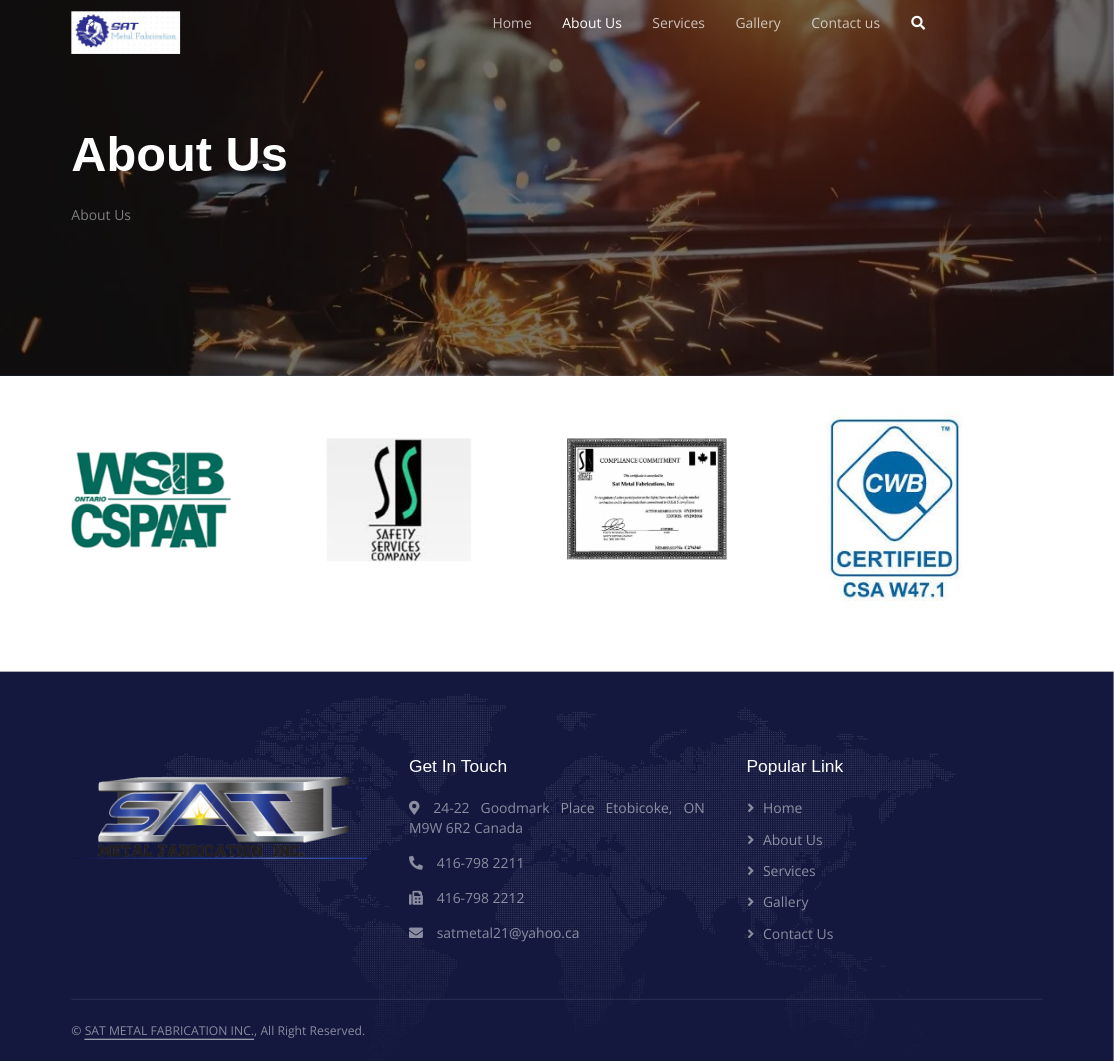
Repository: dzyte-services/satmetal
Page: http://localhost/about.php
An editor plug-in stored every save of this project. The page is shown before and after the next save, followed by the edit.
The browser window is 1280 px wide. The pictures show the whole page, at 87% of full size.
Some web fonts or font styles are not loaded; a fallback is used. Some web libraries are served in a nearby version. The page is run by PHP 8.4 with error messages shown; the project is at /var/www/html/.

Above is the page before, as saved 2023-11-08 17:43:43.

### about.php
<!DOCTYPE html>
<html lang="en">

<head>
    <meta charset="utf-8">
    <title>SAT - About</title>
    <meta content="width=device-width, initial-scale=1.0" name="viewport">
    <meta content="" name="keywords">
    <meta content="" name="description">

    <!-- Favicon -->
    <link href="img/favicon.ico" rel="icon">

    <!-- Google Web Fonts -->
    <link rel="preconnect" href="https://fonts.googleapis.com">
    <link rel="preconnect" href="https://fonts.gstatic.com" crossorigin>
    <link href="https://fonts.googleapis.com/css2?family=Open+Sans:wght@400;600&family=Ubuntu:wght@500;700&display=swap"
        rel="stylesheet">

    <!-- Icon Font Stylesheet -->
    <link href="https://cdnjs.cloudflare.com/ajax/libs/font-awesome/5.10.0/css/all.min.css" rel="stylesheet">
    <link href="https://cdn.jsdelivr.net/npm/bootstrap-icons@1.4.1/font/bootstrap-icons.css" rel="stylesheet">

    <!-- Libraries Stylesheet -->
    <link href="lib/animate/animate.min.css" rel="stylesheet">
    <link href="lib/owlcarousel/assets/owl.carousel.min.css" rel="stylesheet">

    <!-- Customized Bootstrap Stylesheet -->
    <link href="css/bootstrap.min.css" rel="stylesheet">

    <!-- Template Stylesheet -->
    <link href="css/style.css" rel="stylesheet">
</head>

<body>
    <!-- Spinner Start -->
    <!-- <div id="spinner"
        class="show bg-white position-fixed translate-middle w-100 vh-100 top-50 start-50 d-flex align-items-center justify-content-center">
        <div class="spinner-grow text-primary" style="width: 3rem; height: 3rem;" role="status">
            <span class="sr-only">Loading...</span>
        </div>
    </div> -->
    <!-- Spinner End -->


    <!-- Navbar Start -->
    <?php
        include "header.php";
    ?>
    <!-- Navbar End -->





    <!-- Full Screen Search Start -->
    <div class="modal fade" id="searchModal" tabindex="-1">
        <div class="modal-dialog modal-fullscreen">
            <div class="modal-content" style="background: rgba(20, 24, 62, 0.7);">
                <div class="modal-header border-0">
                    <button type="button" class="btn btn-square bg-white btn-close" data-bs-dismiss="modal"
                        aria-label="Close"></button>
                </div>
                <div class="modal-body d-flex align-items-center justify-content-center">
                    <div class="input-group" style="max-width: 600px;">
                        <input type="text" class="form-control bg-transparent border-light p-3"
                            placeholder="Type search keyword">
                        <button class="btn btn-light px-4"><i class="bi bi-search"></i></button>
                    </div>
                </div>
            </div>
        </div>
    </div>
    <!-- Full Screen Search End -->


    <!-- About Start -->
    <!-- Modal gallery -->
    <!-- Section: Images -->
    <div class="container-fluid py-5">
        <div class="container">
        <div class="row mt-4">
    <div class="col-lg-3 col-md-4 col-sm-6 mb-4">
        <div class="bg-image hover-overlay ripple shadow-1-strong rounded" data-ripple-color="light">
            <img src="img/img2.png" class="" style="width: 70%;" />
            <a href="#!" data-mdb-toggle="modal" data-mdb-target="#exampleModal2">
                <div class="mask" style="background-color: rgba(251, 251, 251, 0.2);"></div>
            </a>
        </div>
    </div>

    <div class="col-lg-3 col-md-4 col-sm-6 mb-4">
        <div class="bg-image hover-overlay ripple shadow-1-strong rounded" data-ripple-color="light">
            <img src="img/img3.png" class="" style="width: 70%;" />
            <a href="#!" data-mdb-toggle="modal" data-mdb-target="#exampleModal2">
                <div class="mask" style="background-color: rgba(251, 251, 251, 0.2);"></div>
            </a>
        </div>
    </div>

    <div class="col-lg-3 col-md-4 col-sm-6 mb-4">
        <div class="bg-image hover-overlay ripple shadow-1-strong rounded" data-ripple-color="light">
            <img src="img/img1.png" class="" style="width: 70%;" />
            <a href="#!" data-mdb-toggle="modal" data-mdb-target="#exampleModal2">
                <div class="mask" style="background-color: rgba(251, 251, 251, 0.2);"></div>
            </a>
        </div>
    </div>

    <div class="col-lg-3 col-md-4 col-sm-6 mb-4">
        <div class="bg-image hover-overlay ripple shadow-1-strong rounded" data-ripple-color="light">
            <img src="img/img4.jpeg" class="" style="width: 70%; margin-top: -35px;" />
            <a href="#!" data-mdb-toggle="modal" data-mdb-target="#exampleModal2">
                <div class="mask" style="background-color: rgba(251, 251, 251, 0.2);"></div>
            </a>
        </div>
    </div>
</div>


        </div>
    </div>


    <!-- Footer Start -->
    <?php
        include "footer.php";
    ?>
    <!-- Footer End -->


    <!-- Back to Top -->
    <a href="#" class="btn btn-lg btn-primary btn-lg-square back-to-top pt-2"><i class="bi bi-arrow-up"></i></a>


    <!-- JavaScript Libraries -->
    <script src="https://ajax.googleapis.com/ajax/libs/jquery/3.6.1/jquery.min.js"></script>
    <script src="https://cdn.jsdelivr.net/npm/bootstrap@5.0.0/dist/js/bootstrap.bundle.min.js"></script>
    <script src="lib/wow/wow.min.js"></script>
    <script src="lib/easing/easing.min.js"></script>
    <script src="lib/waypoints/waypoints.min.js"></script>
    <script src="lib/counterup/counterup.min.js"></script>
    <script src="lib/owlcarousel/owl.carousel.min.js"></script>

    <!-- Template Javascript -->
    <script src="js/main.js"></script>
</body>

</html>

### header.php
    <?php
        $currentPage1 = basename($_SERVER['PHP_SELF']);
    ?>
    <!-- Spinner Start -->
    <div id="spinner"
        class="show bg-white position-fixed translate-middle w-100 vh-100 top-50 start-50 d-flex align-items-center justify-content-center">
        <div class="spinner-grow text-primary" style="width: 3rem; height: 3rem;" role="status">
            <span class="sr-only">Loading...</span>
        </div>
    </div>
    <!-- Spinner End -->


    <!-- Navbar Start -->
    <div class="container-fluid sticky-top">
        <div class="container">
            <nav class="navbar navbar-expand-lg navbar-dark p-0">
                <div class="row">
                    <div class="col-lg-4">
                        <a href="index.php" class="navbar-brand">
                            <img class="img-fluid" width="40%" height="40%" src="img/logo1.jpeg" alt="">
                        </a>
                        <button type="button" class="navbar-toggler ms-auto me-0" data-bs-toggle="collapse"
                            data-bs-target="#navbarCollapse">
                            <span class="navbar-toggler-icon"></span>
                        </button>
                    </div>
                    <div class="col-lg-8 ">
                    <div class="collapse navbar-collapse" id="navbarCollapse">
                    <div class="navbar-nav ms-auto">
                        <a href="index.php" class="nav-item nav-link  <?php echo ($currentPage1 === 'index.php') ? 'active' : ''; ?>">Home</a>
                        <a href="about.php" class="nav-item nav-link <?php echo ($currentPage1 === 'about.php') ? 'active' : ''; ?>">About Us</a>
                        <a href="service.php" class="nav-item nav-link <?php echo ($currentPage1 === 'service.php') ? 'active' : ''; ?>">Services</a>
                        <a href="project.php" class="nav-item nav-link <?php echo ($currentPage1 === 'project.php') ? 'active' : ''; ?>">Gallery</a>

                        <a href="contact.php" class="nav-item nav-link <?php echo ($currentPage1 === 'contact.php') ? 'active' : ''; ?>">Contact us</a>
                    </div>
                    <butaton type="button" class="btn text-white p-0 d-none d-lg-block" data-bs-toggle="modal"
                        data-bs-target="#searchModal"><i class="fa fa-search"></i></butaton>
                </div>
                    </div>
                </div>


            </nav>
        </div>
    </div>
    <!-- Navbar End -->

    <div>
          <?php
                $currentPage = $_SERVER['SCRIPT_NAME'];
                $current_page = basename($currentPage);

                if ($current_page === "index.php") {
                    include("header/home.php");
                } elseif ($current_page === "about.php") {
                    include("header/about.php");
                } elseif ($current_page === "service.php") {
                    include("header/service.php");
                } elseif ($current_page === "project.php") {
                    include("header/gallery.php");
                } elseif ($current_page === "contact.php") {
                    include("header/contact.php");
                }



            ?>
    </div>

### header/about.php
<!-- Hero Start -->
<div class="container-fluid pt-5 bg-primary hero-header">
        <div class="container pt-5">
            <div class="row g-5 pt-5">
                <div class="col-lg-6 align-self-center text-center text-lg-start mb-lg-5">
                    <h1 class="display-4 text-white mb-4 animated slideInRight">About Us</h1>
                    <nav aria-label="breadcrumb">
                        <ol class="breadcrumb justify-content-center justify-content-lg-start mb-0">
                            <!-- <li class="breadcrumb-item"><a class="text-white" href="#">Home</a></li> -->
                            <!-- <li class="breadcrumb-item"><a class="text-white" href="#">Pages</a></li> -->
                            <li class="breadcrumb-item text-white active" aria-current="page">About Us</li>
                        </ol>
                    </nav>
                </div>
            </div>
        </div>
    </div>
    <!-- Hero End -->

### footer.php
    <!-- Footer Start -->
    <div class="container-fluid bg-dark text-white-50 footer pt-5">
        <div class="container py-5">
            <div class="row g-5">
                <div class="col-md-6 col-lg-4 wow fadeIn" data-wow-delay="0.1s">
                    <a href="index.php" class="d-inline-block mb-3">
                    <img class="img-fluid" width="100%" src="img/SAT_Logo.png" alt="">
                    </a>
                    <!-- <p class="mb-0">Tempor erat elitr rebum at clita. Diam dolor diam ipsum et tempor sit. Aliqu diam
                        amet diam et eos labore. Clita erat ipsum et lorem et sit, sed stet no labore lorem sit. Sanctus
                        clita duo justo et tempor</p> -->
                </div>
                <div class="col-md-6 col-lg-4 wow fadeIn" data-wow-delay="0.3s">
                    <h5 class="text-white mb-4">Get In Touch</h5>
                    <p><i class="fa fa-map-marker-alt me-3"></i>24-22 Goodmark Place Etobicoke, ON M9W 6R2 Canada</p>
                    <p><i class="fa fa-phone-alt me-3"></i>416-798 2211</p>
                    <p><i class="fa fa-fax me-3"></i>416-798 2212</p>
                    <p><i class="fa fa-envelope me-3"></i>satmetal21@yahoo.ca</p>
                    <!-- <div class="d-flex pt-2">
                        <a class="btn btn-outline-light btn-social" href=""><i class="fab fa-twitter"></i></a>
                        <a class="btn btn-outline-light btn-social" href=""><i class="fab fa-facebook-f"></i></a>
                        <a class="btn btn-outline-light btn-social" href=""><i class="fab fa-youtube"></i></a>
                        <a class="btn btn-outline-light btn-social" href=""><i class="fab fa-instagram"></i></a>
                        <a class="btn btn-outline-light btn-social" href=""><i class="fab fa-linkedin-in"></i></a>
                    </div> -->
                </div>
                <div class="col-md-6 col-lg-4 wow fadeIn" data-wow-delay="0.5s">
                    <h5 class="text-white mb-4">Popular Link</h5>
                    <a class="btn btn-link" href="index.php">Home</a>
                    <a class="btn btn-link" href="about.php">About Us</a>
                    <a class="btn btn-link" href="service.php">Services</a>
                    <a class="btn btn-link" href="project.php">Gallery</a>
                    <a class="btn btn-link" href="contact.php">Contact Us</a>
                </div>
                <!-- <div class="col-md-6 col-lg-3 wow fadeIn" data-wow-delay="0.7s">
                    <h5 class="text-white mb-4">Our Services</h5>
                    <a class="btn btn-link" href="">Robotic Automation</a>
                    <a class="btn btn-link" href="">Machine learning</a>
                    <a class="btn btn-link" href="">Predictive Analysis</a>
                    <a class="btn btn-link" href="">Data Science</a>
                    <a class="btn btn-link" href="">Robot Technology</a>
                </div> -->
            </div>
        </div>
        <div class="container wow fadeIn" data-wow-delay="0.1s">
            <div class="copyright">
                <div class="row">
                    <div class="col-md-6 text-center text-md-start mb-3 mb-md-0">
                        &copy; <a class="border-bottom" href="#">SAT METAL FABRICATION INC.</a>, All Right Reserved.

                        <!--/*** This template is free as long as you keep the footer author’s credit link/attribution link/backlink. If you'd like to use the template without the footer author’s credit link/attribution link/backlink, you can purchase the Credit Removal License from "https://htmlcodex.com/credit-removal". Thank you for your support. ***/-->
                        <!-- Designed By <a class="border-bottom" href="https://htmlcodex.com">HTML Codex</a> Distributed By <a class="border-bottom" href="https://themewagon.com">ThemeWagon</a> -->
                    </div>
                    <!-- <div class="col-md-6 text-center text-md-end">
                        <div class="footer-menu">
                            <a href="">Home</a>
                            <a href="">Cookies</a>
                            <a href="">Help</a>
                            <a href="">FAQs</a>
                        </div>
                    </div> -->
                </div>
            </div>
        </div>
    </div>
    <!-- Footer End -->


    <!-- Back to Top -->
    <a href="#" class="btn btn-lg btn-primary btn-lg-square back-to-top pt-2"><i class="bi bi-arrow-up"></i></a>

Loaded but not shown: lib/animate/animate.min.css (library); lib/owlcarousel/assets/owl.carousel.min.css (common file); css/bootstrap.min.css (library); lib/wow/wow.min.js (library); lib/easing/easing.min.js (common file); lib/waypoints/waypoints.min.js (library); lib/counterup/counterup.min.js (common file); lib/owlcarousel/owl.carousel.min.js (library); js/main.js (64 lines, source omitted); css/style.css (555 lines, source omitted)

After the next save:
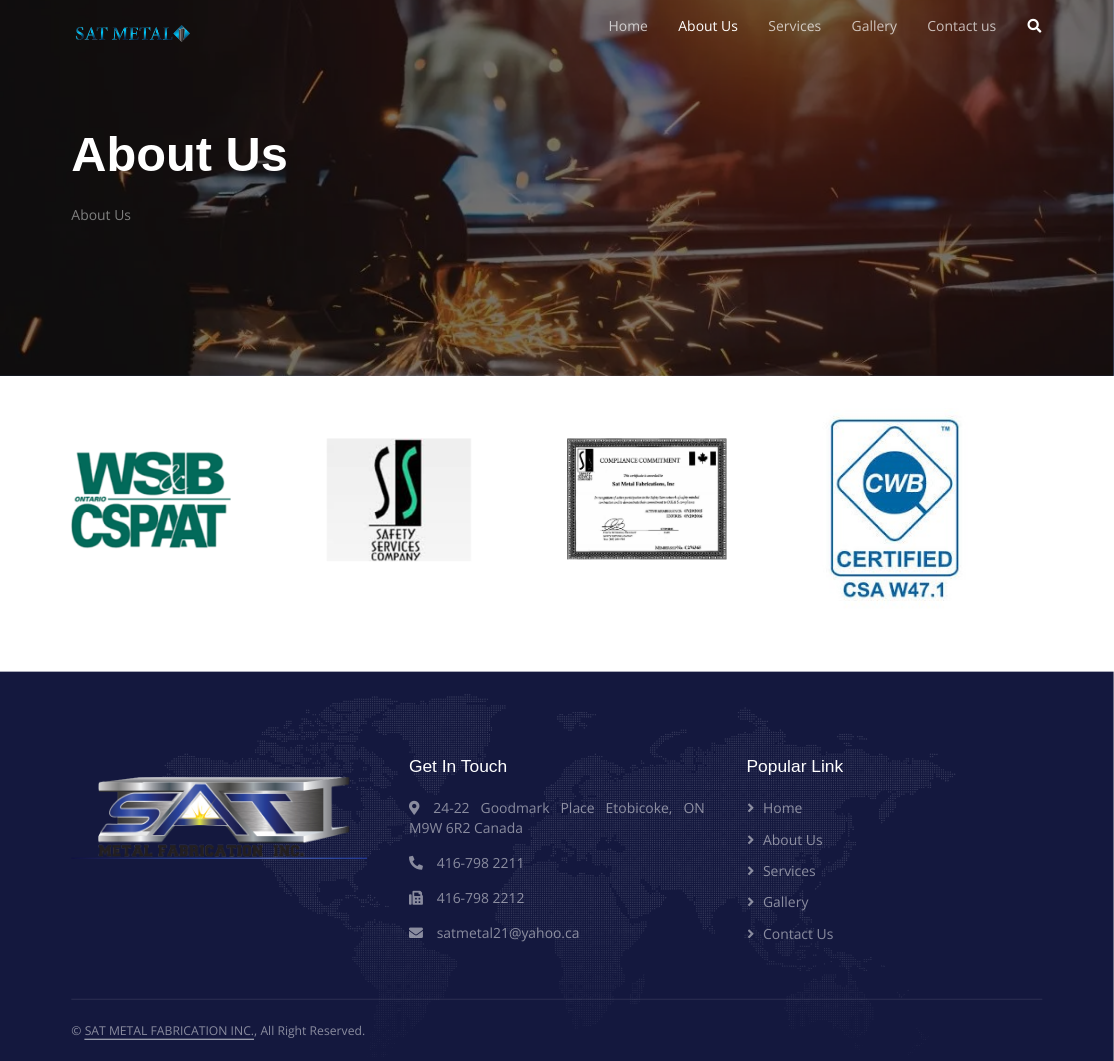
Saved 2 min 49 s later.
--- a/header.php
+++ b/header.php
@@ -18,7 +18,7 @@
                 <div class="row">
                     <div class="col-lg-4">
                         <a href="index.php" class="navbar-brand">
-                            <img class="img-fluid" width="40%" height="40%" src="img/logo1.jpeg" alt="">
+                            <img class="img-fluid" width="40%" height="40%" src="img/logo.png" alt="">
                         </a>
                         <button type="button" class="navbar-toggler ms-auto me-0" data-bs-toggle="collapse"
                             data-bs-target="#navbarCollapse">
